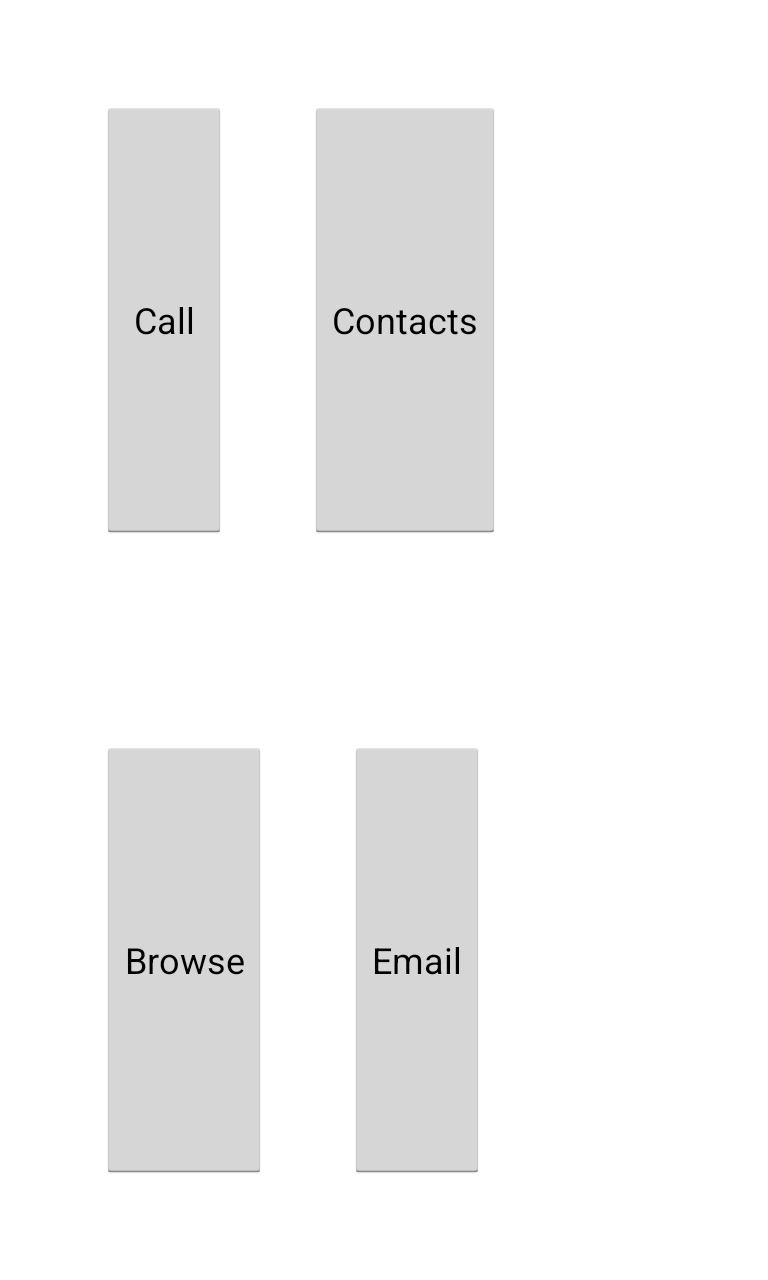
Repository: AnithaGorli/Android
Layout: ImplicitIntentApplication/res/layout/implicitintent.xml
An editor plug-in stored every save of this project. The layout is shown before and after the next save, followed by the edit.
It is drawn on a 768 x 1280 px phone screen (xhdpi) without system bars, with theme AppTheme; the app's code is not run.

Above is the layout before, as saved 2014-09-10 10:10:37.

### ImplicitIntentApplication/res/layout/implicitintent.xml
<?xml version="1.0" encoding="utf-8"?>
<LinearLayout xmlns:android="http://schemas.android.com/apk/res/android"
    android:layout_width="match_parent"
    android:layout_height="match_parent"
    android:orientation="vertical"
    android:weightSum="2">


    <LinearLayout
        android:id="@+id/l1"
         android:layout_width="match_parent"
    android:layout_height="wrap_content"
    android:orientation="horizontal"
    android:layout_weight="1"
    android:layout_margin="30dp"
     >
    <Button
         android:id="@+id/call_btn"
          android:layout_width="wrap_content"
        android:layout_height="match_parent"
        android:text="@string/call"
        android:layout_margin="20dp"/>



    <Button
         android:id="@+id/contacts_btn"
          android:layout_width="wrap_content"
        android:layout_height="match_parent"
        android:text="@string/contacts"
        android:layout_margin="20dp"/>


     </LinearLayout>


    <LinearLayout
        android:id="@+id/l2"
         android:layout_width="match_parent"
    android:layout_height="wrap_content"
    android:orientation="horizontal"
    android:layout_weight="1"
    android:layout_margin="30dp" >

    <Button
         android:id="@+id/browse_btn"
         android:layout_width="wrap_content"
        android:layout_height="match_parent"
        android:text="@string/browse"
        android:layout_margin="20dp"/>
    <Button
         android:id="@+id/email_btn"
         android:layout_width="wrap_content"
        android:layout_height="match_parent"
        android:text="@string/email"
        android:layout_margin="20dp"/>

    </LinearLayout>
</LinearLayout>

### ImplicitIntentApplication/res/values/strings.xml
<resources>

    <string name="app_name">ImplicitIntentApplication</string>
     <string name="call">Call</string>
       <string name="email">Email</string>
    <string name="contacts">Contacts</string>
    <string name="browse">Browse</string>
<string name="choose">there is no contacts</string>
</resources>

Loaded but not shown: ImplicitIntentApplication/res/values/styles.xml (common file); ImplicitIntentApplication/res/values-v11/styles.xml (common file); ImplicitIntentApplication/res/values-v14/styles.xml (common file)

After the next save:
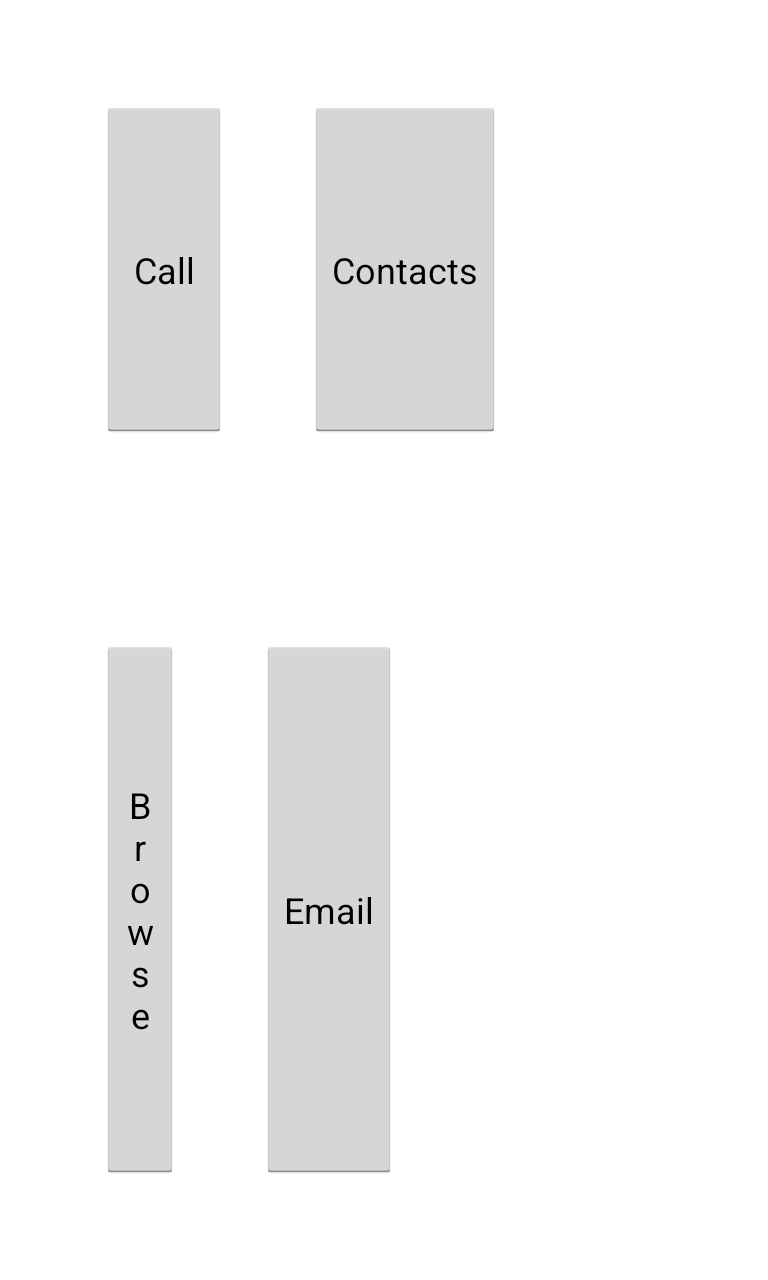
Saved 19 s later.
--- a/ImplicitIntentApplication/res/layout/implicitintent.xml
+++ b/ImplicitIntentApplication/res/layout/implicitintent.xml
@@ -44,7 +44,7 @@
 
     <Button
          android:id="@+id/browse_btn"
-         android:layout_width="wrap_content"
+         android:layout_width="40dp"
         android:layout_height="match_parent"
         android:text="@string/browse"
         android:layout_margin="20dp"/>
